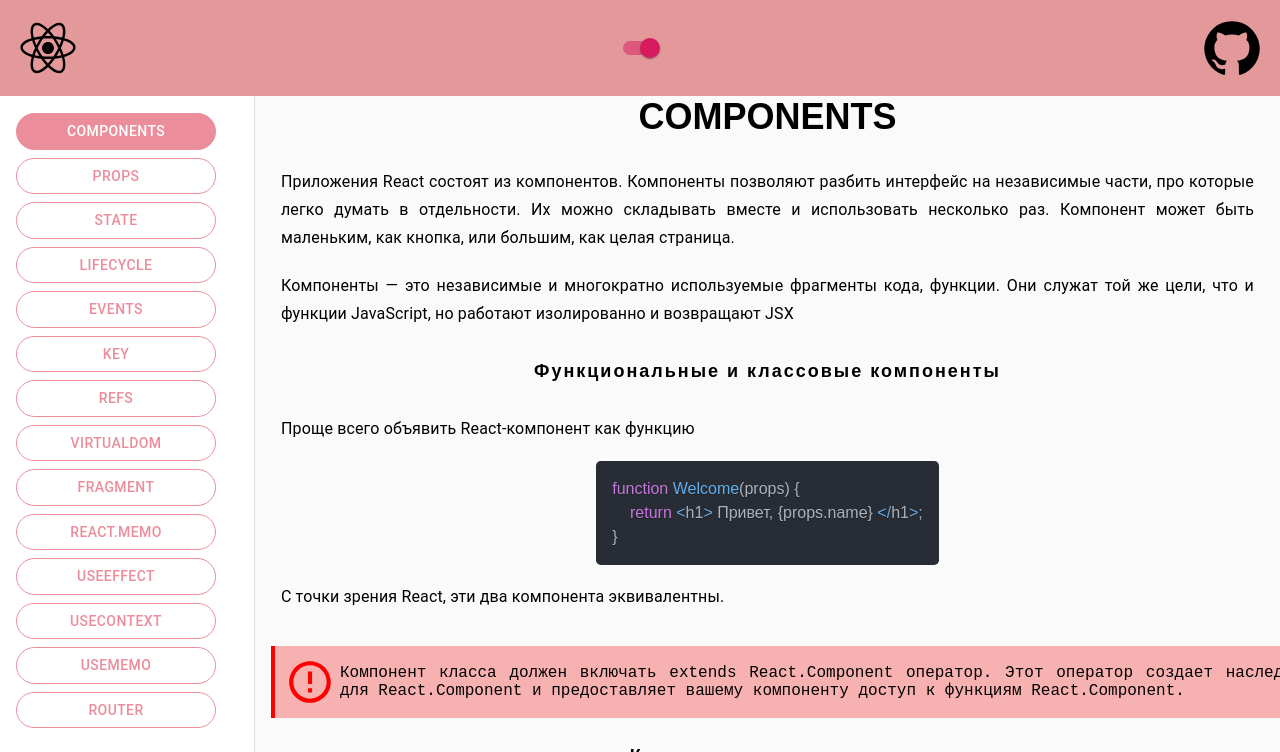
Repository: savannaaaas/reactDocumentation
Page: /topic/components
An editor plug-in stored every save of this project. The page is shown before and after a run of saves, followed by the edit.
The browser window is 1280 px wide. The pictures show the whole page.
An inner scrolling area shows only its first screen. The project was rebuilt for these pictures with package versions that can differ from the ones it lists, and the page was loaded fresh each time. Also part of the build but not shown: vite.config.js, src/pages/welcomePage/WelcomeButton/WelcomeButton.jsx, src/pages/welcomePage/Content/ContentWelcome.jsx, src/pages/welcomePage/WelcomePage.jsx, src/data/data.js, src/components/CustomTypography/CustomTypography.jsx.

Above is the page before, as saved 2025-07-31 20:59:01.

### index.html
<!DOCTYPE html>
<html lang="en" data-theme="light">
  <head>
    <meta charset="UTF-8" />
    <link rel="icon" type="image/svg+xml" href="/vite.svg" />
    <meta name="viewport" content="width=device-width, initial-scale=1.0" />
    <title>NoteBook</title>
  </head>
  <body>
    <div id="root"></div>
    <script type="module" src="/src/main.jsx"></script>
  </body>
</html>

### src/main.jsx
import { StrictMode } from "react";
import { createRoot } from "react-dom/client";
import App from "./App.jsx";
import { ThemeProvider } from "./providers/ThemeProvider.jsx";
import "./index.scss";
import { BrowserRouter } from "react-router";

createRoot(document.getElementById("root")).render(
  <StrictMode>
    <ThemeProvider>
      <BrowserRouter>
        <App />
      </BrowserRouter>
    </ThemeProvider>
  </StrictMode>
);

### src/App.jsx
import { Routes, Route } from "react-router";
import { WelcomePage } from "./pages/welcomePage/WelcomePage";
import { TopicPage } from "./pages/topicPage/TopicPage";
import "./index.scss";
import { data } from "./data/data";
import { Topic } from "./pages/topicPage/Topic";
function App() {
  return (
    <Routes>
      <Route path="/" element={<WelcomePage />} />
      <Route path="/topic" element={<TopicPage />}>
        <Route
          path="components"
          element={
            <Topic
              title={data[0].title}
              content={data[0].content}
              path={data[0].path}
            />
          }
        />
        <Route
          path="props"
          element={
            <Topic
              title={data[1].title}
              content={data[1].content}
              path={data[1].path}
            />
          }
        />
        <Route
          path="state"
          element={
            <Topic
              title={data[2].title}
              content={data[2].content}
              path={data[2].path}
            />
          }
        />
      </Route>
    </Routes>
  );
}

export default App;

### src/providers/ThemeProvider.jsx
import { useEffect, useState } from "react";
import { themes, ThemeContext } from "../contexts/ThemeContext";
const getTheme = () => {
  const theme = `${window?.localStorage.getItem("theme")}`; //получаем тему из хранилища
  if (Object.values(themes).includes(theme)) {
    //если тема такая есть возвращаем
    return theme;
  } //если в хранилище нет смотрим какую тему пользователь предпочитает
  const userMedia = window.matchMedia("(prefers-color-scheme: light)"); //проверяем предпочитает пользователь светлую тему если да возвр
  if (userMedia.matches) return themes.light;
  return themes.dark; //иначе темная
};
export const ThemeProvider = ({ children }) => {
  const [theme, setTheme] = useState(getTheme);
  useEffect(() => {
    document.documentElement.dataset.theme = theme; // добавляем атрибут data-theme на <html>
    localStorage.setItem("theme", theme); //устанавливаем и сохраняем текущую тему
  }, [theme]);
  return (
    <ThemeContext.Provider value={{ theme, setTheme }}>
      {children}
    </ThemeContext.Provider>
  );
};

### src/index.scss
* {
  padding: 0;
  margin: 0;
  box-sizing: border-box;
  overflow: hidden;
  font-family: Arial, Helvetica, sans-serif;
}
body {
  background-color: var(--background-color);
}

:root[data-theme="light"] {
  --background-color: #fafafa;
}

:root[data-theme="dark"] {
  --background-color: #313139;
}

### src/pages/topicPage/TopicPage.jsx
import { useEffect } from "react";
import { Outlet, useLocation } from "react-router";
import { Header } from "../welcomePage/Header/Header";
import { Navigation } from "../../components/Navigation/Navigation";
import { Grid } from "@mui/material";

export const TopicPage = () => {
  const location = useLocation();
  //Everytime when change pathname
  useEffect(() => {
    const customTypography = document.querySelector(".custom-typography");
    if (customTypography) {
      customTypography.scrollIntoView({ behavior: "smooth" });
    }
    const activeElement = document.querySelector(".active");
    if (activeElement) {
      activeElement.scrollIntoView({ inline: "center", behavior: "smooth" });
    }
  }, [location.pathname]);
  return (
    <>
      <Header />
      <Grid
        sx={{
          display: "flex",
          height: "calc(100vh - 64px)",
        }}
      >
        <Grid
          sx={{
            width: "calc(100vh - 64px)",
            borderRight: "1px solid #ddd",
            overflowY: "auto",
            position: "sticky",
            top: 0,
            height: "100%",
          }}
        >
          <Navigation />
        </Grid>
        <Grid sx={{ flexGrow: 1, overflowY: "auto", padding: 2 }}>
          <Outlet />
        </Grid>
      </Grid>
    </>
  );
};

### src/pages/topicPage/Topic.jsx
import { ImportantPoints } from "../../components/ImportantPoints/ImportantPoints";
import { CustomTypography } from "../../components/CustomTypography/CustomTypography";
import { Fragment } from "react/jsx-runtime";
import { Code } from "../../components/Code/Code";
import { Text } from "../../components/Text/Text";
import { Title } from "../../components/Title/Title";
import "../../components/CustomTypography/index.scss";
import { NavButtons } from "../../components/Navigation/NavButtons";
export const Topic = ({ title, content = [] }) => {
  console.log(title);
  const getValue = (content) => {
    return content.map((item) => {
      const [[key, value]] = Object.entries(item);
      switch (key) {
        case "p": {
          return <Text>{value}</Text>;
        }
        case "h": {
          return <Title>{value}</Title>;
        }
        case "c": {
          return <Code>{value}</Code>;
        }
        case "err": {
          return <ImportantPoints>{value}</ImportantPoints>;
        }
      }
    });
  };
  return (
    <>
      <h1 className="custom-typography">{title}</h1>
      {getValue(content).map((item, index) => (
        <Fragment key={index}>{item}</Fragment>
      ))}
      <NavButtons title={title} />
    </>
  );
};

### src/contexts/ThemeContext.jsx
import { createContext } from "react";
export const themes = {
  dark: "dark",
  light: "light",
};

export const ThemeContext = createContext({});

### src/pages/welcomePage/Header/Header.jsx
import GitHubIcon from "@mui/icons-material/GitHub";
import { Image } from "../../../components/Image/Image";
import { Toggle } from "../../../components/Toggle/Toggle";
import reactLogo from "../../../assets/react.svg";
import "../index.scss";
import { IconButton } from "@mui/material";
import { forwardRef } from "react";

export const Header = forwardRef((props, ref) => {
  return (
    <div ref={ref} className="header" {...props}>
      <IconButton
        href="https://react.dev/learn"
        target="_blank"
        rel="noopener noreferrer"
      >
        <Image src={reactLogo} style={{ width: "60px" }} />
      </IconButton>
      <Toggle />
      <IconButton
        href="https://github.com/savannaaaas"
        target="_blank"
        rel="noopener noreferrer"
        sx={{
          color: "black",
          "&:hover": {
            color: "#d81b60",
          },
        }}
      >
        <GitHubIcon
          sx={{
            fontSize: "60px",
          }}
        />
      </IconButton>
    </div>
  );
});

### src/pages/welcomePage/index.scss
$light-color: rgb(242, 118, 138);
$dark-color: #ffffff;

.header {
  background-color: rgb(227, 153, 153);
  display: flex;
  flex-direction: row;
  align-items: center;
  justify-content: space-between;
  padding: 10px;
  width: 100%;
}

.base-content {
  position: relative;
  display: flex;
  flex-direction: column;
  justify-content: center;
  align-items: center;
  gap: 100px;
  color: rgb(242, 118, 138);

  p {
    a {
      color: rgb(242, 118, 138);
      text-decoration: none;
    }
  }
}

.welcome-page {
  position: relative;
  display: flex;
  flex-direction: column;
  gap: 100px;
  justify-content: center;
  align-items: center;
}

.welcome-button {
  padding: 10 30px;
  width: 170px;
  border-radius: 30px;
}
[data-theme="light"] {
  .base-content {
    color: $light-color;

    p {
      a {
        color: $light-color;
      }
    }
  }
  .welcome-button {
    background-color: rgb(245, 60, 91);
    color: white;
  }
}

[data-theme="dark"] {
  .base-content {
    color: $dark-color;

    p {
      a {
        color: $dark-color;
      }
    }
  }
  .welcome-button {
    background-color: white;
    color: rgb(245, 60, 91);
  }
}

### src/components/Navigation/Navigation.jsx
import { Button } from "../Button/Button";
import "./index.scss";
import { Box, List, ListItem } from "@mui/material";
import { NavLink } from "react-router";
import { ButtonNavigate } from "./ButtonNavigate";
export const Navigation = () => {
  return (
    <Box
      className="list"
      sx={{
        overflowY: "auto",
        p: 2,
        left: 0,
      }}
    >
      <List sx={{ display: "flex", flexDirection: "column", gap: 1 }}>
        <ListItem disablePadding>
          <ButtonNavigate component={NavLink} to="/topic/components" fullWidth>
            Components
          </ButtonNavigate>
        </ListItem>
        <ListItem disablePadding>
          <ButtonNavigate component={NavLink} to="/topic/props" fullWidth>
            Props
          </ButtonNavigate>
        </ListItem>
        <ListItem disablePadding>
          <ButtonNavigate component={NavLink} to="/topic/state" fullWidth>
            State
          </ButtonNavigate>
        </ListItem>
        <ListItem disablePadding>
          <ButtonNavigate component={NavLink} to="/topic/lifecycle" fullWidth>
            Lifecycle
          </ButtonNavigate>
        </ListItem>
        <ListItem disablePadding>
          <ButtonNavigate component={NavLink} to="/topic/events" fullWidth>
            Events
          </ButtonNavigate>
        </ListItem>
        <ListItem disablePadding>
          <ButtonNavigate component={NavLink} to="/topic/key" fullWidth>
            Key
          </ButtonNavigate>
        </ListItem>
        <ListItem disablePadding>
          <ButtonNavigate component={NavLink} to="/topic/refs" fullWidth>
            Refs
          </ButtonNavigate>
        </ListItem>
        <ListItem disablePadding>
          <ButtonNavigate component={NavLink} to="/topic/virtual-dom" fullWidth>
            VirtualDOM
          </ButtonNavigate>
        </ListItem>
        <ListItem disablePadding>
          <ButtonNavigate component={NavLink} to="/topic/fragment" fullWidth>
            Fragment
          </ButtonNavigate>
        </ListItem>
        <ListItem disablePadding>
          <ButtonNavigate component={NavLink} to="/topic/react-memo" fullWidth>
            React.Memo
          </ButtonNavigate>
        </ListItem>
        <ListItem disablePadding>
          <ButtonNavigate component={NavLink} to="/topic/useEffect" fullWidth>
            useEffect
          </ButtonNavigate>
        </ListItem>
        <ListItem disablePadding>
          <ButtonNavigate component={NavLink} to="/topic/useContext" fullWidth>
            useContext
          </ButtonNavigate>
        </ListItem>
        <ListItem disablePadding>
          <ButtonNavigate component={NavLink} to="/topic/useMemo" fullWidth>
            useMemo
          </ButtonNavigate>
        </ListItem>
        <ListItem disablePadding>
          <ButtonNavigate component={NavLink} to="/topic/router" fullWidth>
            Router
          </ButtonNavigate>
        </ListItem>
      </List>
    </Box>
  );
};

### src/components/ImportantPoints/ImportantPoints.jsx
import Box from "@mui/material/Box";
import ErrorOutlineIcon from "@mui/icons-material/ErrorOutline";
import "./index.scss";
export const ImportantPoints = ({ children }) => {
  return (
    <Box component="section" className="importantBox">
      <ErrorOutlineIcon sx={{ color: "red", fontSize: 50 }} />
      {children}
    </Box>
  );
};

### src/components/Code/Code.jsx
import Paper from "@mui/material/Paper";
import { Prism as SyntaxHighlighter } from "react-syntax-highlighter";
import { oneDark } from "react-syntax-highlighter/dist/esm/styles/prism";
import { Box } from "@mui/material";
export const Code = ({ children }) => {
  return (
    <Box
      sx={{
        display: "flex",
        flexWrap: "wrap",
        justifyContent: "center",
        alignItems: "center",
      }}
    >
      <SyntaxHighlighter language="javascript" style={oneDark}>
        {children}
      </SyntaxHighlighter>
    </Box>
  );
};

### src/components/Text/Text.jsx
import { Typography } from "@mui/material";
import "./index.scss";
export const Text = ({ children, props }) => {
  return (
    <Typography {...props} variant="subtitle1" className="text">
      {children}
    </Typography>
  );
};

### src/components/Title/Title.jsx
import "./index.scss";
export const Title = ({ children }) => {
  return <div className="title">{children}</div>;
};

### src/components/CustomTypography/index.scss
@use "../Text/index";

.custom-typography {
  margin: 20px;
  font-weight: bold;
  text-transform: uppercase;
  text-align: center;
  font-size: 36px;
}
[data-theme="light"] {
  .custom-typography {
    color: index.$text-color-light;
  }
}
[data-theme="dark"] {
  .custom-typography {
    color: index.$text-color-dark;
  }
}

### src/components/Navigation/NavButtons.jsx
import { Button, Grid } from "@mui/material";
import ArrowBackIosNewIcon from "@mui/icons-material/ArrowBackIosNew";
import ArrowForwardIosIcon from "@mui/icons-material/ArrowForwardIos";
import { data } from "../../data/data";
import "./index.scss";
import { NavLink } from "react-router";
export const NavButtons = ({ title }) => {
  const topics = data.map((e) => {
    const { title, path } = e;
    return { title, path };
  });
  const getCurrentTopic = (title) => {
    return topics.findIndex((topic) => topic.title == title);
  };
  const getBackNextTopic = (title) => {
    const current = getCurrentTopic(title);
    const back = current > 0 ? topics[current - 1] : null;
    const next = current < topics.length - 1 ? topics[current + 1] : null;
    return (
      <>
        {back && (
          <Button
            variant="contained"
            className="navigate-button"
            startIcon={<ArrowBackIosNewIcon />}
          >
            <NavLink to={"/topic/" + back.path} className="navigate-button">
              Back topic
            </NavLink>
          </Button>
        )}
        {next && (
          <Button
            variant="contained"
            className="navigate-button"
            endIcon={<ArrowForwardIosIcon />}
          >
            <NavLink to={"/topic/" + next.path} className="navigate-button">
              Next topic
            </NavLink>
          </Button>
        )}
      </>
    );
  };
  return <div className="buttons">{getBackNextTopic(title)}</div>;
};

### src/components/Button/Button.jsx
import ButtonCustom from "@mui/material/Button";
export const Button = ({ children, ...props }) => {
  return <ButtonCustom {...props}>{children}</ButtonCustom>;
};

### src/components/Image/Image.jsx
export const Image = ({ ...props }) => {
  return <img {...props} />;
};

### src/components/Toggle/Toggle.jsx
import { useContext } from "react";
import { ThemeContext } from "../../contexts/ThemeContext";
import { alpha, styled } from "@mui/material/styles";
import { grey, pink } from "@mui/material/colors";
import { themes } from "../../contexts/ThemeContext";
import Switch from "@mui/material/Switch";
export const Toggle = () => {
  const { theme, setTheme } = useContext(ThemeContext);
  const ThemeSwitch = styled(Switch)(({ theme }) => ({
    "& .MuiSwitch-switchBase": {
      color: grey[600],
      "&:hover": {
        backgroundColor: alpha(grey[600], theme.palette.action.hoverOpacity),
      },
    },
    "& .MuiSwitch-track": {
      backgroundColor: grey[600],
    },
    "& .MuiSwitch-switchBase.Mui-checked": {
      color: pink[600],
      "&:hover": {
        backgroundColor: alpha(pink[600], theme.palette.action.hoverOpacity),
      },
    },
    "& .MuiSwitch-switchBase.Mui-checked + .MuiSwitch-track": {
      backgroundColor: pink[600],
    },
  }));
  const handleChange = () => {
    if (theme === themes.light) setTheme(themes.dark);
    if (theme === themes.dark) setTheme(themes.light);
  };
  return (
    <ThemeSwitch checked={theme == themes.light} onChange={handleChange} />
  );
};

### src/components/Navigation/index.scss
.buttons {
  display: flex;
  flex-direction: row;
  justify-content: center;
  align-items: center;
  gap: 20px;
  margin: 20px;
}
.navigate-button {
  width: 150px;
  border-radius: 60%;

  text-decoration: none;
}

[data-theme="light"] {
  .list {
    background-color: #ffffff;
  }
  .navigate-button {
    background-color: rgb(242, 118, 138);
    color: #ffffff;
  }
}

[data-theme="dark"] {
  .list {
    background-color: #313139;
  }
  .navigate-button {
    background-color: #ffffff;
    color: rgb(242, 118, 138);
  }
}

### src/components/Navigation/ButtonNavigate.jsx
import { Button } from "../Button/Button";
import "./index.scss";
export const ButtonNavigate = ({ children, ...props }) => {
  return (
    <Button
      {...props}
      variant="outlined"
      sx={{
        width: "200px",
        fontSize: "14px",
        borderRadius: "40px",
        border: "1px rgba(236, 141, 156, 1) solid",
        color: "rgba(236, 141, 156, 1)",
        "&.active": {
          backgroundColor: "rgba(236, 141, 156, 1)",
          color: "#ffff",
        },
      }}
    >
      {children}
    </Button>
  );
};

### src/components/ImportantPoints/index.scss
.importantBox {
  display: flex;
  width: 150vh;
  height: 10vh;
  margin: 25px auto;
  text-align: justify;
  align-items: center;
  flex-direction: row;
  gap: 5px;
  padding: 10px;
  box-sizing: border-box;
  font-size: 16px;
  font-family: monospace;
}
[data-theme="light"] {
  .importantBox {
    border-left: 4px solid red;
    background-color: rgba(245, 3, 3, 0.292);
  }
}
[data-theme="dark"] {
  .importantBox {
    border-left: 4px solid red;
    background-color: rgb(95, 95, 95);
    color: rgb(232, 232, 232);
  }
}

### src/components/Text/index.scss
$text-color-dark: aliceblue;
$text-color-light: black;
.text {
  text-align: justify;
  font-size: medium;
  line-height: 1.5;
  letter-spacing: 2px;
  padding: 10px;
}
[data-theme="light"] {
  .text {
    color: $text-color-light;
  }
}
[data-theme="dark"] {
  .text {
    color: $text-color-dark;
  }
}

### src/components/Title/index.scss
@use "../Text/index";
.title {
  text-align: center;
  font-size: 18px;
  line-height: 1.5;
  letter-spacing: 2px;
  margin: 20px;
  font-weight: bold;
}

[data-theme="light"] {
  .title {
    color: index.$text-color-light;
  }
}
[data-theme="dark"] {
  .title {
    color: index.$text-color-dark;
  }
}

After the next 2 saves:
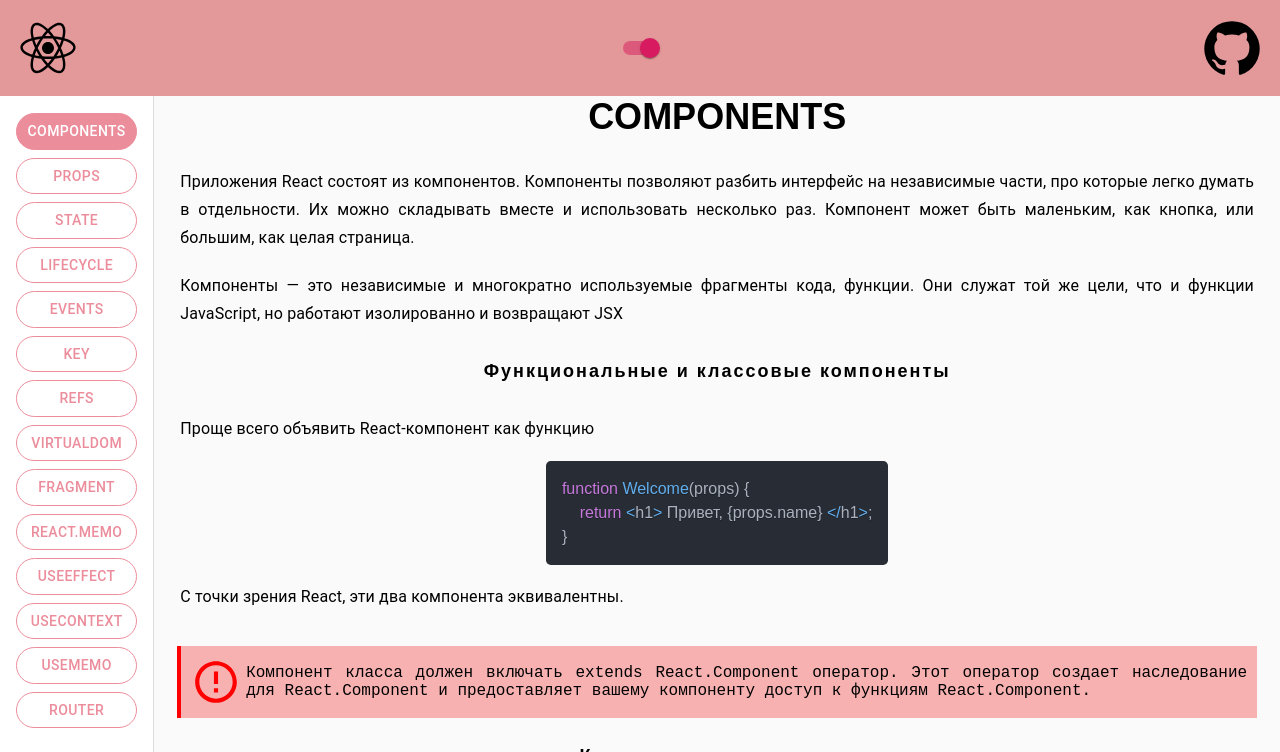
The 2 saves are shown as one change because 1 did not build or start.
The last was saved 28 s later.
--- a/src/pages/topicPage/TopicPage.jsx
+++ b/src/pages/topicPage/TopicPage.jsx
@@ -28,7 +28,7 @@
       >
         <Grid
           sx={{
-            width: "calc(100vh - 64px)",
+            width: "50vh",
             borderRight: "1px solid #ddd",
             overflowY: "auto",
             position: "sticky",
